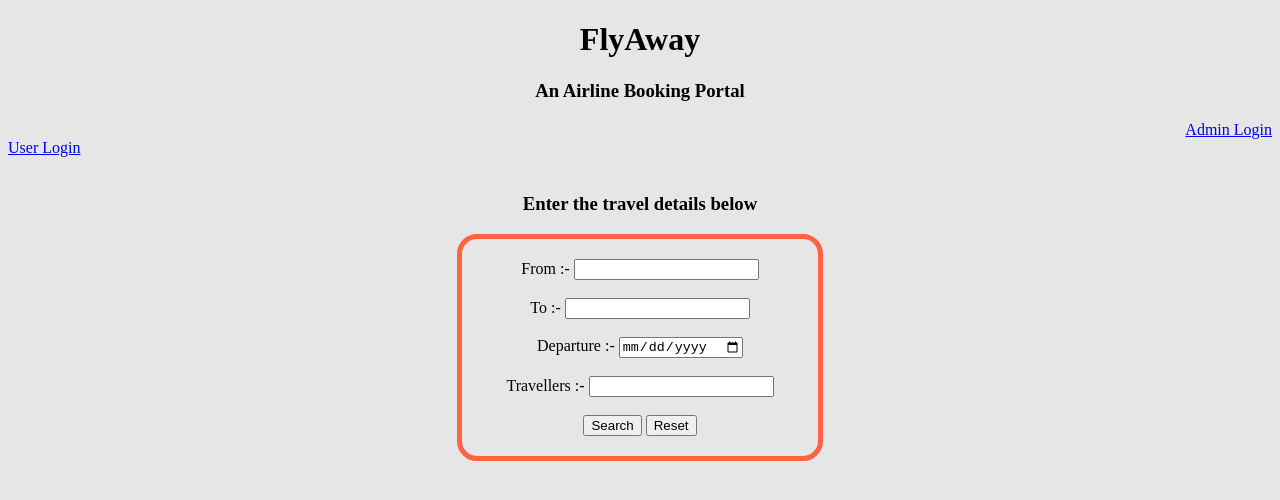
Repository: badrilogaram/Phase-two-project
Page: http://localhost/FlyAway-master/HomePage.jsp
The author's editor kept a copy of each file at every save. The page is drawn from the files as they stood at one save, then again after the next save.
The browser window is 1280 px wide. The pictures show the whole page.
The page is served by Tomcat 9.

Above is the page before, as saved 2021-05-27 22:59:08.

After the next save:
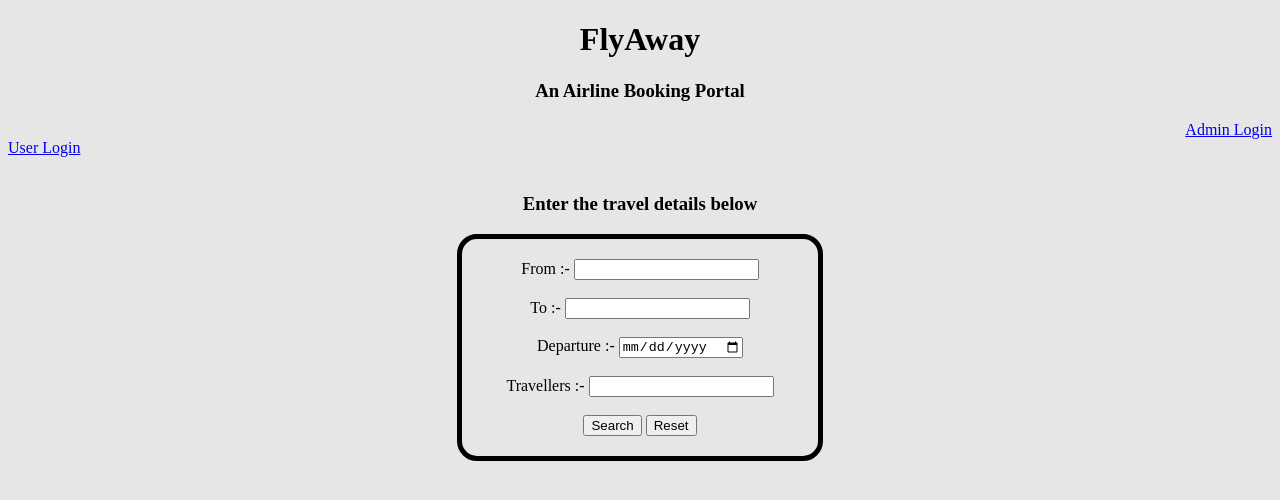
Saved 32 s later.
--- a/FlyAway-master/src/main/webapp/HomePage.jsp
+++ b/FlyAway-master/src/main/webapp/HomePage.jsp
@@ -32,7 +32,7 @@
 <br><br>
 <center>
 <h3>Enter the travel details below</h3>
-<div style="border:5px solid tomato;width:25%;border-radius:20px;padding:20px" align = "center">
+<div style="border:5px solid black;width:25%;border-radius:20px;padding:20px" align = "center">
 <form action=FlightList method=post>
 	<label for=from>From :-</label> <input type=text name=from id=from/><br><br>
 	<label for=to>To :-</label> <input type=text name=to id=to/><br><br>
